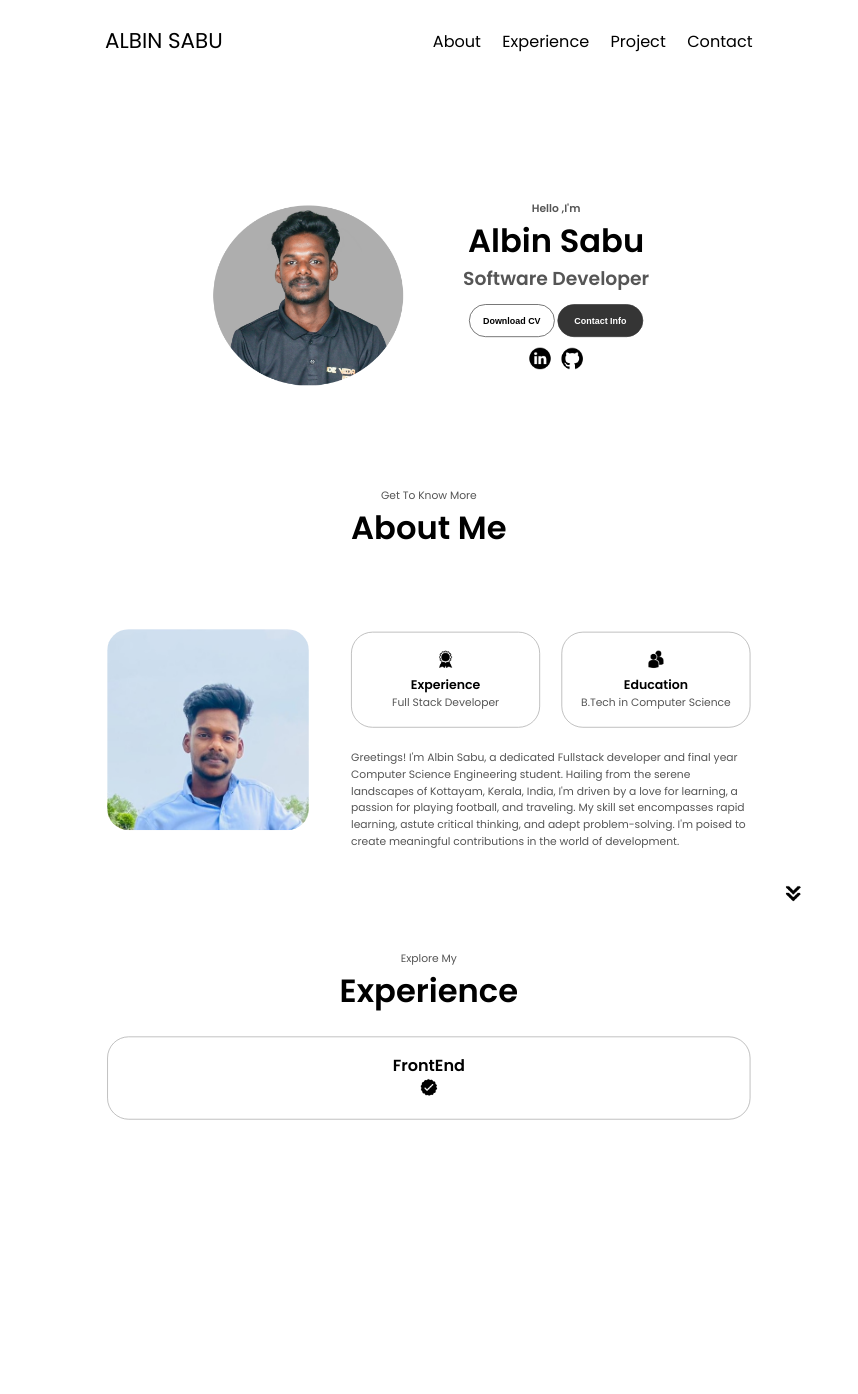
Repository: albinsabu2023/albinsabu
Page: index.html
The author's editor kept a copy of each file at every save. The page is drawn from the files as they stood at one save, then again after the next save.
The browser window is 1280 px wide. The pictures show the whole page, at 67% of full size.

Above is the page before, as saved 2023-08-30 12:43:44.

### index.html
<!DOCTYPE html>
<html lang="en">
<link>
    <meta charset="UTF-8">
    <meta name="viewport" content="width=device-width, initial-scale=1.0">
    <title>Albin Sabu</title>
    <link rel="stylesheet" href="style.css"/>
    <link rel="stylesheet" href="mediaqueries.css">
</head>
<body>
    <nav id="desktop-nav">
        <div class="logo">
            ALBIN SABU
        </div>
        <div>
            <ul class="nav-links">
                <li><a href="#about">About</a></li>
                <li><a href="#experience">Experience</a></li>
                <li><a href="#project">Project</a></li>
                <li><a href="#contact">Contact</a></li>
            </ul>
        </div>
    </nav>
    <nav id="hamburger-nav">
        <div clas="logo"> ALBIN SABU</div>
        <div class="hamburger-menu">
            <div class="hamburger-icon" onclick="toggleMenu()">
                <span></span>
                <span></span>
                <span></span>
            </div>
            <div class="menu-links">
                <li><a href="#about" onclick="toggleMenu()">About</a></li>
                <li><a href="#about" onclick="toggleMenu()">Experience</a></li>
                <li><a href="#about" onclick="toggleMenu()">Project</a></li>
                <li><a href="#about" onclick="toggleMenu()">Contact</a></li>
            </div>
        </div>
    </nav>
    <section id="profile">
        <div class="section__pic-container">
            <img src="./assets/Albin Sabu2.png" alt="profile-pic">
        </div>
        <div class="section__text">
            <p class="section__text__p1">Hello ,I'm</p>
            <h1 class="title">Albin Sabu</h1>
            <p class="section__text__p2">Software Developer</p>
            <div class="btn_container">
                <button class="btn btn-color-2" onclick="window.open('./assets/Albin sabu.pdf')">Download CV</button>
                <button class="btn btn-color-1" onclick="location.href='#contact'">Contact Info</button>
            </div>
            <div id="social-container">
                <img src="./assets/linkedin.png" alt="My Linkedin Profile" class="icon" onclick="location.href='https://www.linkedin.com/in/albin-sabu-377798230'">
                <img src="./assets/github.png" alt="My Github Profile" class="icon" onclick="location.href='https://github.com/albinsabu2023'">

            </div>
        </div>
    </section>
    <section id="about">
        <p class="section__text__p1">Get To Know More</p>
        <h1 class="title">About Me</h1>
        <div class="section-container">
            <div class="section__pic-container">
                <img src="./assets/ull.png" alt="profilepicture" class="about-pic">
            </div>
            <div class="about-details-container">
                <div class="about-container">
                    <div class="details-container">
                        <img src="./assets/experience.png" alt="experience icon" class="icon">
                        <h3>Experience</h3>
                        <p>Full Stack Developer</p>
                    </div>
                    <div class="details-container">
                        <img src="./assets/education.png" alt="experience icon" class="icon">
                        <h3>Education</h3>
                        <p>B.Tech in Computer Science</p>
                    </div>
                </div>
                <div class="text-container">
                    <p>Greetings! I'm Albin Sabu, a dedicated Fullstack developer and final year Computer Science Engineering student. Hailing
                    from the serene landscapes of Kottayam, Kerala, India, I'm driven by a love for learning, a passion for playing
                    football, and traveling. My skill set encompasses rapid learning, astute critical thinking, and adept
                    problem-solving.  I'm poised to create meaningful
                    contributions in the world of development.
                    </p>
                </div>
            </div>
        </div>
        <!-- onclick="locaiton.href='./#experience'" -->
       <img src="./assets/arrow.png" alt="arrow" class="icon arrow" >
    </section>
    <section id="experience">
        <p class="section__text__p1">Explore My</p>
        <h1 class="title">Experience</h1>
        <div class="experience-details-container">
            <div class="about-container">
                <div class="details-container">
                    <h2 class="experience-sub-title">FrontEnd</h2>
                    <div class="article-container">
                        <article>
                            <img src="./assets/checkmark.png" alt="experience-icon" class="icon">
                            <div></div>
                        </article>
                    </div>
                </div>
            </div>
        </div>
    </section>
    <script src="script.js"></script>
</body>
</html>

### style.css
@import url('https://fonts.googleapis.com/css2?family=Poppins:ital,wght@0,300;0,400;0,500;0,600;1,200;1,300;1,500;1,600&display=swap');

* {
    margin: 0;
    padding: 0;
}

body {
    font-family: 'Poppins', sans-serif;
}

html {
    scroll-behavior: smooth;
}

p {
    color: rgb(85, 85, 85);
}

a,
.btn {
    transition: all 300ms ease
}

/* Desktop navigation */
nav,
.nav-links {
    display: flex;

}

nav {
    justify-content: space-around;
    align-items: center;
    height: 17vh;

}

.nav-links {
    gap: 2rem;
    list-style: none;
    font-size: 1.5rem;
}
a{
    color:black;
    text-decoration: none;
    text-decoration-color: white;
}

a:hover{
    color:gray;
    text-decoration:underline;
    text-underline-offset:1rem ;
    text-decoration-color:rgb(181,181,181);
}

.logo{
    font-size:2rem;
}

#hamburger-nav{
    display:none;
}
.hamburger-menu{
    position: relative;
    display:inline-block;
}
.hamburger-icon{
    display: flex;
    flex-direction: column;
    justify-content: space-between;
    height: 24px;
    width: 30px;
    cursor: pointer;
}

.hamburger-icon span{
    width:100%;
    height: 2px;
    background-color: black;
    transition: all 0.3 ease-in-out;
}

.menu-links{
    position:absolute;
    top:100%;
    right:0%;

    width: fit-content;
    max-height: 0;
    overflow: hidden;
    transition: all 0.3 ease-in-out;
}

.menu-links{
    display: block;
    padding: 10px;
    text-align: center;
    font-size: 1.5rem;
    color: black;
    text-decoration: none;
    transform: all 0.3 ease-in-out;
}

.menu-links li{
    list-style: none;

}

.menu-links.open{
    max-height: 300px;
}

.hamburger-icon.open span:first-child{
    transform:rotate(45deg) translate(10px,5px);
}
.hamburger-icon.open span:nth-child(2){
   opacity:0;
}
.hamburger-icon.open span:last-child{
    transform:rotate(-45deg) translate(10px,-5px);
}

.hamburger-icon span:first-child{
    transform: none;
}
.hamburger-icon span:first-child{
    opacity:1;
}
.hamburger-icon span:first-child{
    transform: none;
}

section{
    padding-top:4vh ;
    height: 96vh;
    margin: 0 10rem;
    box-sizing: border-box;
    min-height: fit-content;
}

.section-container{
    display: flex;
}

#profile{
    display: flex;
    justify-content: center;
    gap: 5rem;
    height:  80vh;
}

.section__pic-container{
    display: flex;
    height: 400px;
    width: 400px;
    margin: auto 0;
}

.section__text{

    align-self:center;
    text-align: center;
}

.section__text p{
    font-weight: 600;
}
.section__text__p1{
    text-align: center;

}
.section__text__p2 {

    font-size: 1.75rem;
    margin-bottom: 1rem;
}

.title{
    font-size:3rem;
    text-align: center;
}
#social-container{
    display: flex;
    justify-content: center;
    margin-top: 1rem;
    gap: 1rem;
}

/* icon */
.icon{
    cursor: pointer;
    height: 2rem;
}

.btn-container{
    display: flex;
    justify-content:center;
    gap: 1rem;
}
.btn{
    font-weight: 600;
    transition: all 300ms ease;
    padding: 1rem;
    width: 8rem;
    border-radius: 2rem;

}

.btn-color-1,.btn-color-2{
    border:rgb(53,53,53) 0.1rem solid;
}
.btn-color-1:hover,
.btn-color-2:hover {
   cursor:pointer
}
.btn-color-1,
.btn-color-2:hover {
   background: rgb(53,53,53);
   color: white;
}

.btn-color-1:hover{
    background-color: rgb(0,0,0);

}
.btn-color-2{
    background:none
    ;
}
.btn-color-2:hover{
    border:rgb(255,255,255) 0.1rem solid;
}

/* About section */

#about{
    position: relative;
}
.about-container{
    gap:2rem;
    margin-bottom:2rem ;
    margin-top: 2rem;
}
.about-details-container{
    justify-content: center;
    flex-direction: column;
}

.about-container,.about-details-container{
    display: flex;
}

.about-pic{
    border-radius: 2rem;

}
.arrow{
    position:absolute;
    right:-5rem;
    bottom:2.5rem;
}

.details-container{
    padding:1.5rem ;
    flex: 1;
    background: white;
    border-radius: 2rem;
    border: rgb(53,53,53) 0.1rem solid;
    border-color: rgb(163,163,163);
    text-align: center;

}

.section-container{
    gap: 4rem;
    height: 80%;
}

.section__pic-container{
    height: 300px;
    width:300px ;
    margin:auto 0;
}

### mediaqueries.css
@media screen and (max-width:1200px){
    #desktop-nav{
        display: none;
    }
    #hamburger-nav{
        display: flex;
    }
}

Loaded but not shown: script.js (common file)

After the next save:
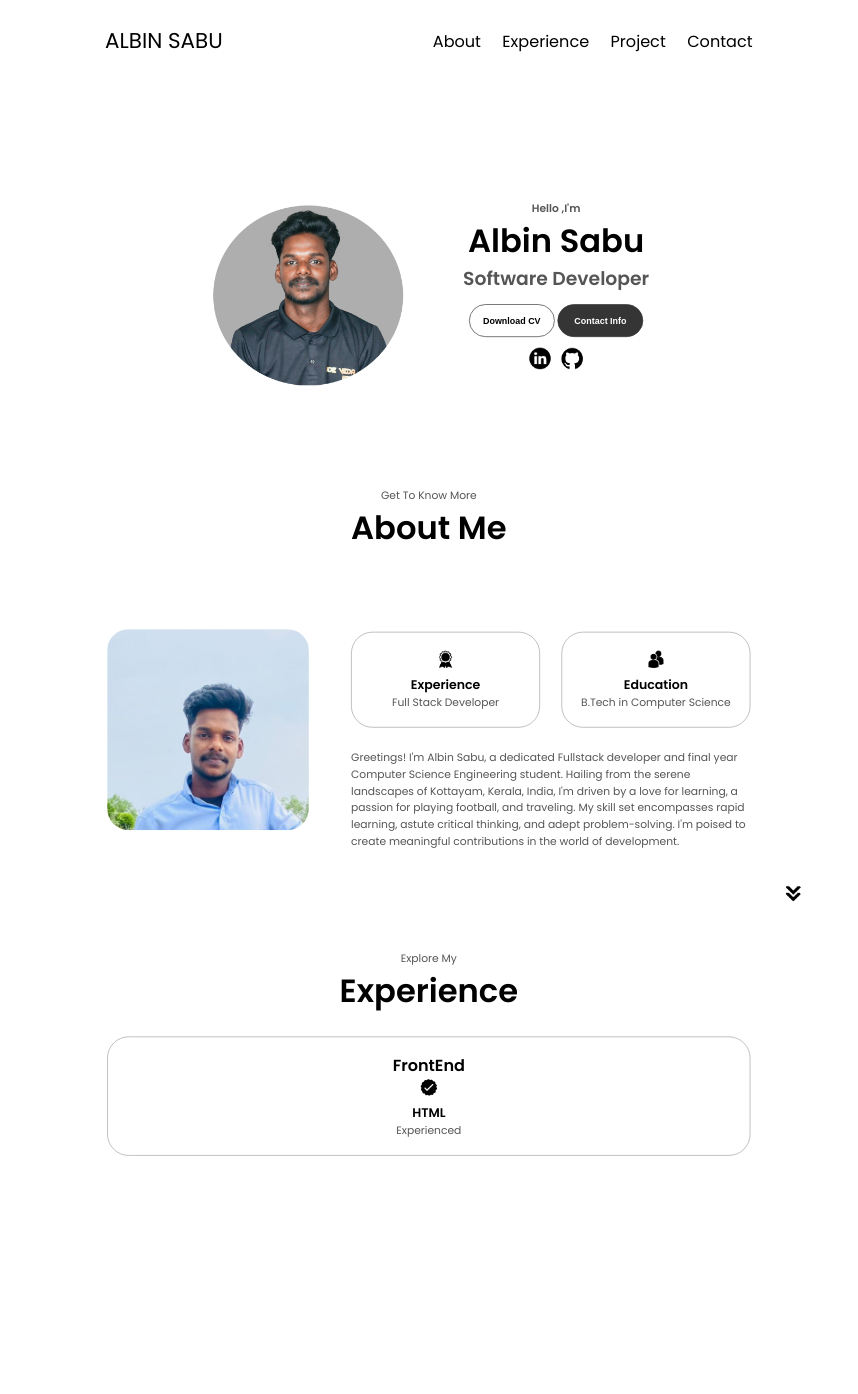
Saved 23 s later.
--- a/index.html
+++ b/index.html
@@ -99,7 +99,10 @@
                     <div class="article-container">
                         <article>
                             <img src="./assets/checkmark.png" alt="experience-icon" class="icon">
-                            <div></div>
+                            <div>
+                                <h3>HTML</h3>
+                                <p>Experienced</p>
+                            </div>
                         </article>
                     </div>
                 </div>
